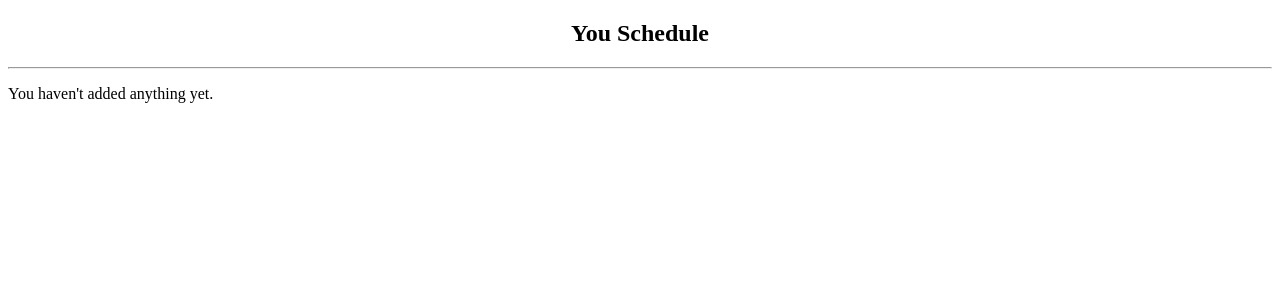
Repository: marawan200311-dev/To-Do-List-
Page: http://localhost/show_page
These files come from the project's save history. The page is drawn as it stood at one moment and after the next save; the edit follows.
The browser window is 1280 px wide. The pictures show the whole page.
The page is served by the project's application, run on Flask 3 (app.py). Queries for data that is not in the repository find no rows.

Above is the page before, as saved 2025-11-19 18:53:57.
Console error: TypeError: Cannot read properties of null (reading 'addEventListener')

After the next save:
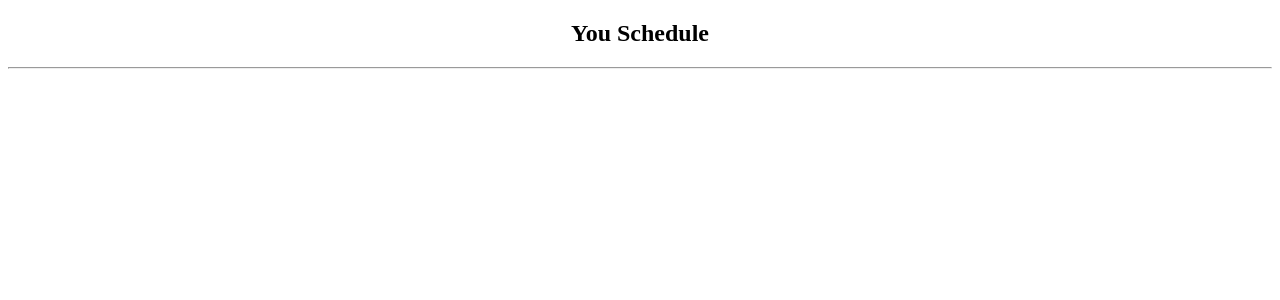
Saved 8 s later.
--- a/templates/show.html
+++ b/templates/show.html
@@ -4,11 +4,5 @@
 <h2 class="Show">You Schedule</h2>
 <hr />
 
-{% if schedule %}
- {% for item in schedule %}
-<p>{{ item }}</p>
-{% endfor %}
-{% else %}
-<p>You haven't added anything yet.</p>
-{% endif %}
+
  {%endblock%}

After the 2 saves that followed:
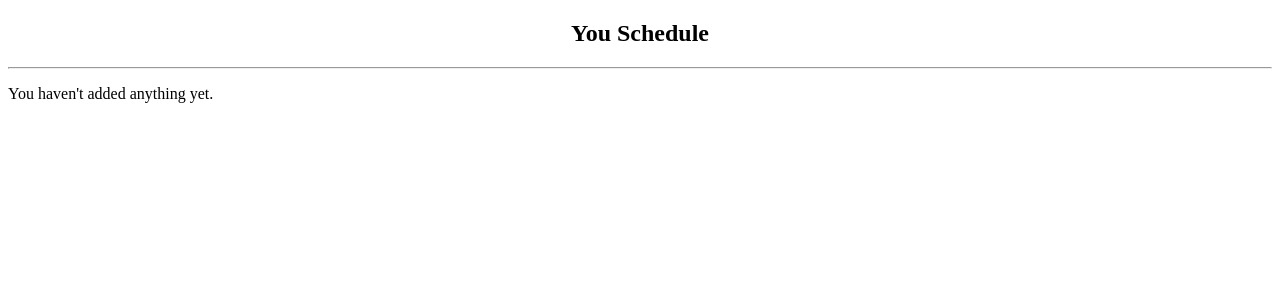
The 2 saves are shown as one change because 1 did not build or start.
The last was saved 67 s later.
--- a/templates/show.html
+++ b/templates/show.html
@@ -5,4 +5,13 @@
 <hr />
 
 
+{% if schedule %}
+    {% for item in schedule %}
+        <p>{{ item }}</p>
+    {% endfor %}
+{% else %}
+    <p>You haven't added anything yet.</p>
+{% endif %}
+
+
  {%endblock%}
